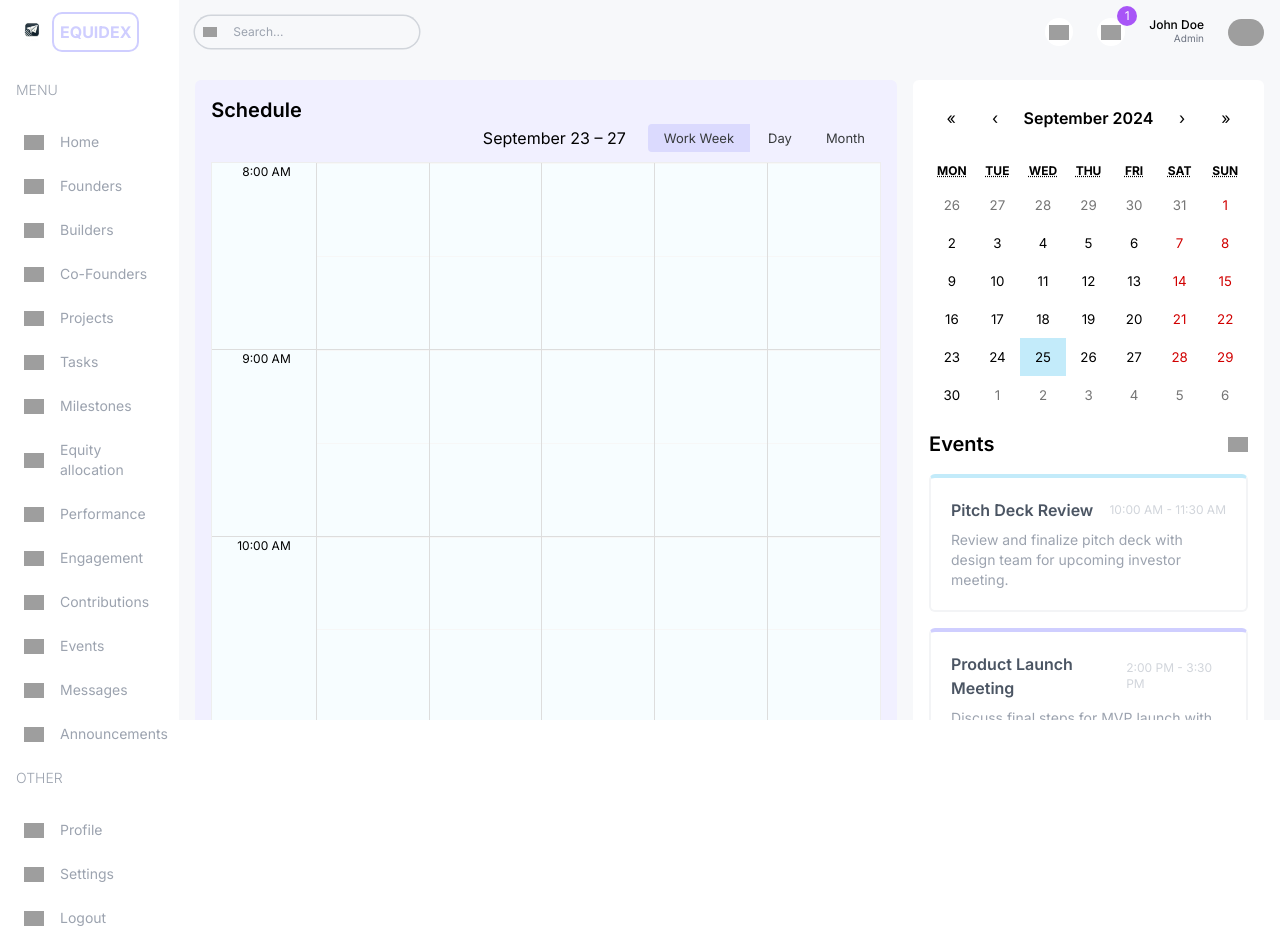
Repository: MikeeBuilds/equidex
Page: /builder
The author's editor kept a copy of each file at every save. The page is drawn from the files as they stood at one save, then again after the next save.
The browser window is 1280 px wide. The pictures show the whole page.
Pictures or frames that could not be fetched are drawn as grey boxes. An inner scrolling area shows only its first screen. The project was rebuilt for these pictures with package versions that can differ from the ones it lists, and the page was loaded fresh each time. The framework's server and built-in components were replaced by stand-ins that run in the browser. Also part of the build but not shown: next.config.mjs.

Above is the page before, as saved 2024-09-25 12:35:33.

### src/app/layout.tsx
import type { Metadata } from "next";
import { Inter } from "next/font/google";
import "./globals.css";

const inter = Inter({ subsets: ["latin"] });

export const metadata: Metadata = {
  title: "Equidex",
  description: "Link with builders & share workload for sweat equity",
};

export default function RootLayout({
  children,
}: Readonly<{
  children: React.ReactNode;
}>) {
  return (
    <html lang="en">
      <body className={inter.className}>

        {children}
      </body>
    </html>
  );
}

### src/app/(dashboard)/layout.tsx
import Menu from "@/components/Menu";
import Navbar from "@/components/Navbar";
import Image from "next/image";
import Link from "next/link";

export default function DashboardLayout({
  children,
}: Readonly<{
  children: React.ReactNode;
}>) {
  return (
    <div className="h-screen flex">
      {/* LEFT */}
      <div className="w-[14%] md:w-[8%] lg:w-[16%] xl:w-[14%] p-4">
        <Link
          href="/"
          className="flex items-center justify-center lg:justify-start gap-2"
        >
          <Image src="/logo.png" alt="logo" width={32} height={32} />
          <span className="hidden lg:block font-bold text-dexPurple outline outline-2 outline-offset-2 outline-dexPurple rounded-md p-1">EQUIDEX</span>
        </Link>
        <Menu />
      </div>
      {/* RIGHT */}
      <div className="w-[86%] md:w-[92%] lg:w-[84%] xl:w-[86%] bg-[#F7F8FA] overflow-scroll flex flex-col">
        <Navbar />
        {children}
      </div>
    </div>
  );
}

### src/app/(dashboard)/builder/page.tsx
import Announcements from "@/components/Announcements";
import BigCalendar from "@/components/BigCalendar";
import EventCalendar from "@/components/EventCalendar";

const BuilderPage = () => {
  return (
    <div className="p-4 flex gap-4 flex-col xl:flex-row">
      {/* LEFT */}
      <div className="w-full xl:w-2/3">
        <div className="h-full bg-dexPurpleLight p-4 rounded-md">
          <h1 className="text-xl font-semibold">Schedule</h1>
          <BigCalendar/>
        </div>
      </div>
      {/* RIGHT */}
      <div className="w-full xl:w-1/3 flex flex-col gap-8">
        <EventCalendar />
        <Announcements />
      </div>
    </div>
  );
};

export default BuilderPage;

### src/app/globals.css
@tailwind base;
@tailwind components;
@tailwind utilities;

.react-calendar {
  width: 100% !important;
  border: none !important;
  font-family: "Inter", sans-serif !important;
}

.react-calendar__navigation__label__labelText {
  font-weight: 600;
}

.react-calendar__tile--active {
  background-color: #c3ebfa !important;
  color: black !important;
}

.rbc-btn-group:first-child {
  display: none !important;
}

.rbc-toolbar-label {
  text-align: right !important;
  padding: 0px 20px !important;
}

.rbc-btn-group:last-child {
  font-size: 13px !important;
}

.rbc-btn-group:last-child button {
  border: none !important;
  background-color: #f1f0ff !important;
  margin-left: 2px !important;
}

.rbc-toolbar button.rbc-active {
  background-color: #dbdafe !important;
  box-shadow: none !important;
}

.rbc-time-view {
  border-color: #eee !important;
}

.rbc-time-header {
  display: none !important;
}

.rbc-time-content {
  border: none !important;
}

.rbc-time-gutter.rbc-time-column {
  font-size: 12px !important;
}

.rbc-time-gutter.rbc-time-column .rbc-timeslot-group {
  padding: 0px 20px !important;
}

.rbc-timeslot-group {
  background-color: #f7fdff !important;
}

.rbc-day-slot {
  font-size: 14px !important;
}

.rbc-event {
  border: none !important;
  color: black !important;
  padding: 10px !important;
  margin: 10px !important;
  width: 99% !important;
}

.event-pitch {
  background-color: #e2f8ff !important;
}
.event-networking {
  background-color: #fefce8 !important;
}
.event-investor {
  background-color: #f2f1ff !important;
}
.event-workshop {
  background-color: #fdf2fb !important;
}
.event-meetup {
  background-color: #e2fff0 !important;
}
.event-funding {
  background-color: #fff2e2 !important;
}
.event-launch {
  background-color: #f2e2ff !important;
}
.event-meeting {
  background-color: #e2f0ff !important;
}
.event-hackathon {
  background-color: #ffe2e2 !important;
}

### src/components/Menu.tsx
import { role } from "@/lib/data";
import Image from "next/image";
import Link from "next/link";

const menuItems = [
  {
    title: "MENU",
    items: [
      {
        icon: "/home.png",
        label: "Home",
        href: "/",
        visible: ["admin", "founder", "builder", "cofounder"],
      },
      {
        icon: "/teacher.png",
        label: "Founders",
        href: "/list/founders",
        visible: ["admin", "founder"],
      },
      {
        icon: "/student.png",
        label: "Builders",
        href: "/list/builders",
        visible: ["admin", "founder"],
      },
      {
        icon: "/parent.png",
        label: "Co-Founders",
        href: "/list/cofounder",
        visible: ["admin", "founder"],
      },
      {
        icon: "/subject.png",
        label: "Projects",
        href: "/list/projects",
        visible: ["admin", "founder", "builder", "cofounder"],
      },
      {
        icon: "/class.png",
        label: "Tasks",
        href: "/list/tasks",
        visible: ["admin", "founder", "builder", "cofounder"],
      },
      {
        icon: "/lesson.png",
        label: "Milestones",
        href: "/list/milestones",
        visible: ["admin", "founder", "cofounder"],
      },
      {
        icon: "/exam.png",
        label: "Equity allocation",
        href: "/list/equity-allocation",
        visible: ["admin", "founder"],
      },
      {
        icon: "/assignment.png",
        label: "Performance",
        href: "/list/performance",
        visible: ["admin", "founder", "cofounder"],
      },
      {
        icon: "/result.png",
        label: "Engagement",
        href: "/list/engagement",
        visible: ["admin", "founder", "builder", "cofounder"],
      },
      {
        icon: "/attendance.png",
        label: "Contributions",
        href: "/list/contributions",
        visible: ["admin", "founder", "builder", "cofounder"],
      },
      {
        icon: "/calendar.png",
        label: "Events",
        href: "/list/events",
        visible: ["admin", "founder", "builder", "cofounder"],
      },
      {
        icon: "/message.png",
        label: "Messages",
        href: "/list/messages",
        visible: ["admin", "founder", "builder", "cofounder"],
      },
      {
        icon: "/announcement.png",
        label: "Announcements",
        href: "/list/announcements",
        visible: ["admin", "founder", "builder", "cofounder"],
      },
    ],
  },
  {
    title: "OTHER",
    items: [
      {
        icon: "/profile.png",
        label: "Profile",
        href: "/profile",
        visible: ["admin", "founder", "builder", "cofounder"],
      },
      {
        icon: "/setting.png",
        label: "Settings",
        href: "/settings",
        visible: ["admin", "founder", "builder", "cofounder"],
      },
      {
        icon: "/logout.png",
        label: "Logout",
        href: "/logout",
        visible: ["admin", "founder", "builder", "cofounder"],
      },
    ],
  },
];

const Menu = () => {
  return (
    <div className="mt-4 text-sm">
      {menuItems.map((i) => (
        <div className="flex flex-col gap-2" key={i.title}>
          <span className="hidden lg:block text-gray-400 font-light my-4">
            {i.title}
          </span>
          {i.items.map((item) => {
            if (item.visible.includes(role)) {
              return (
                <Link
                  className="flex items-center justify-center lg:justify-start gap-4 text-gray-400 hover:text-black py-2 md:px-2 rounded-lg hover:bg-dexSkyLight"
                  href={item.href}
                  key={item.label}
                >
                  <Image src={item.icon} alt="" width={20} height={20} />
                  <span className="hidden lg:block">{item.label}</span>
                </Link>
              );
            }
            return null;
          })}
        </div>
      ))}
    </div>
  );
};

export default Menu;

### src/components/Navbar.tsx
import Image from "next/image";

const Navbar = () => {
  return (
    <div className="flex items-center justify-between p-4">
      {/* SEARCH BAR */}
      <div className="hidden md:flex items-center gap-2 text-xs rounded-full ring-[1.5px] ring-gray-300 px-2">
        <Image src="/search.png" alt="" width={14} height={14} />
        <input
          type="text"
          placeholder="Search..."
          className="w-[200px] p-2 bg-transparent outline-none"
        />
      </div>
      {/* ICONS AND USER */}
      <div className="flex items-center gap-6 justify-end w-full">
        <div className="bg-white rounded-full w-7 h-7 flex items-center justify-center cursor-pointer">
          <Image src="/message.png" alt="" width={20} height={20} />
        </div>
        <div className="bg-white rounded-full w-7 h-7 flex items-center justify-center cursor-pointer relative">
          <Image src="/announcement.png" alt="" width={20} height={20} />
          <div className="absolute -top-3 -right-3 w-5 h-5 flex items-center justify-center bg-purple-500 text-white rounded-full text-xs">
            1
          </div>
        </div>
        <div className="flex flex-col">
          <span className="text-xs leading-3 font-medium">John Doe</span>
          <span className="text-[10px] text-gray-500 text-right">Admin</span>
        </div>
        <Image
          src="/avatar.png"
          alt=""
          width={36}
          height={36}
          className="rounded-full"
        />
      </div>
    </div>
  );
};

export default Navbar;

### src/components/Announcements.tsx
const Announcements = () => {
    return (
      <div className="bg-white p-4 rounded-md">
        <div className="flex items-center justify-between">
          <h1 className="text-xl font-semibold">Announcements</h1>
          <span className="text-xs text-gray-400">View All</span>
        </div>
        <div className="flex flex-col gap-4 mt-4">
          <div className="bg-dexSkyLight rounded-md p-4">
            <div className="flex items-center justify-between">
              <h2 className="font-medium">New Feature: Project Matching Algorithm</h2>
              <span className="text-xs text-gray-400 bg-white rounded-md px-1 py-1">
                2023-09-15
              </span>
            </div>
            <p className="text-sm text-gray-400 mt-1">
              We&apos;ve launched a new AI-powered matching algorithm to help founders find the perfect collaborators for their projects. Check it out in your dashboard!
            </p>
          </div>
          <div className="bg-dexPurpleLight rounded-md p-4">
            <div className="flex items-center justify-between">
              <h2 className="font-medium">Upcoming Webinar: Equity Structuring</h2>
              <span className="text-xs text-gray-400 bg-white rounded-md px-1 py-1">
                2023-09-10
              </span>
            </div>
            <p className="text-sm text-gray-400 mt-1">
              Join us on Sept 20th for a webinar on structuring sweat equity agreements. Learn best practices from experienced founders and legal experts.
            </p>
          </div>
          <div className="bg-dexYellowLight rounded-md p-4">
            <div className="flex items-center justify-between">
              <h2 className="font-medium">Success Story: TechNova Startup</h2>
              <span className="text-xs text-gray-400 bg-white rounded-md px-1 py-1">
                2023-09-05
              </span>
            </div>
            <p className="text-sm text-gray-400 mt-1">
              TechNova, formed through our platform, just secured $2M in seed funding! Read about how they built their team and product using sweat equity.
            </p>
          </div>
        </div>
      </div>
    );
  };

  export default Announcements;

### src/components/BigCalendar.tsx
"use client";

import { Calendar, momentLocalizer, View, Views } from "react-big-calendar";
import moment from "moment";
import { calendarEvents } from "@/lib/data";
import "react-big-calendar/lib/css/react-big-calendar.css";
import { useState } from "react";

const localizer = momentLocalizer(moment);

const BigCalendar = () => {
  const [view, setView] = useState<View>(Views.WORK_WEEK);

  const handleOnChangeView = (selectedView: View) => {
    setView(selectedView);
  };

  const eventStyleGetter = (event: any) => {
    const colorClass = `event-${event.colorClass.toLowerCase()}`;
    return {
      className: colorClass
    };
  };

  return (
    <Calendar
      localizer={localizer}
      events={calendarEvents}
      startAccessor="start"
      endAccessor="end"
      views={["work_week", "day", "month"]}
      view={view}
      style={{ height: "98%" }}
      onView={handleOnChangeView}
      min={new Date(2024, 0, 1, 8, 0, 0)} // January 1, 2024, 8:00 AM
      max={new Date(2025, 11, 31, 17, 0, 0)} // December 31, 2025, 5:00 PM
      eventPropGetter={eventStyleGetter}
    />
  );
};

export default BigCalendar;

### src/components/EventCalendar.tsx
"use client";

import Image from "next/image";
import { useState } from "react";
import Calendar from "react-calendar";
import "react-calendar/dist/Calendar.css";

type ValuePiece = Date | null;

type Value = ValuePiece | [ValuePiece, ValuePiece];

// TEMPORARY
const events = [
  {
    id: 1,
    title: "Pitch Deck Review",
    time: "10:00 AM - 11:30 AM",
    description: "Review and finalize pitch deck with design team for upcoming investor meeting.",
  },
  {
    id: 2,
    title: "Product Launch Meeting",
    time: "2:00 PM - 3:30 PM",
    description: "Discuss final steps for MVP launch with development and marketing teams.",
  },
  {
    id: 3,
    title: "Equity Distribution Call",
    time: "4:00 PM - 5:00 PM",
    description: "Monthly call to review completed tasks and allocate sweat equity to contributors.",
  },
  {
    id: 4,
    title: "Investor Pitch Deadline",
    time: "11:59 PM",
    description: "Final deadline to submit pitch materials for seed funding round.",
  },
  {
    id: 5,
    title: "UI/UX Feedback Session",
    time: "1:00 PM - 2:30 PM",
    description: "Gather feedback from beta users on new interface design with UX specialist.",
  },
];

const EventCalendar = () => {
  const [value, onChange] = useState<Value>(new Date());

  return (
    <div className="bg-white p-4 rounded-md">
      <Calendar onChange={onChange} value={value} />
      <div className="flex items-center justify-between">
        <h1 className="text-xl font-semibold my-4">Events</h1>
        <Image src="/moreDark.png" alt="" width={20} height={20} />
      </div>
      <div className="flex flex-col gap-4">
        {events.map((event) => (
          <div
            className="p-5 rounded-md border-2 border-gray-100 border-t-4 odd:border-t-dexSky even:border-t-dexPurple"
            key={event.id}
          >
            <div className="flex items-center justify-between">
              <h1 className="font-semibold text-gray-600">{event.title}</h1>
              <span className="text-gray-300 text-xs">{event.time}</span>
            </div>
            <p className="mt-2 text-gray-400 text-sm">{event.description}</p>
          </div>
        ))}
      </div>
    </div>
  );
};

export default EventCalendar;

### tailwind.config.ts
import type { Config } from "tailwindcss";

const config: Config = {
  content: [
    "./src/pages/**/*.{js,ts,jsx,tsx,mdx}",
    "./src/components/**/*.{js,ts,jsx,tsx,mdx}",
    "./src/app/**/*.{js,ts,jsx,tsx,mdx}",
  ],
  theme: {
    extend: {
      backgroundImage: {
        "gradient-radial": "radial-gradient(var(--tw-gradient-stops))",
        "gradient-conic":
          "conic-gradient(from 180deg at 50% 50%, var(--tw-gradient-stops))",
      },
      colors: {
        dexSky: "#C3EBFA",
        dexSkyLight: "#EDF9FD",
        dexPurple: "#CFCEFF",
        dexPurpleLight: "#F1F0FF",
        dexYellow: "#FAE27C",
        dexYellowLight: "#FEFCE8",
      },
    },
  },
  plugins: [],
};
export default config;

Loaded but not shown: src/lib/data.ts (446 lines, source omitted)

After the next save:
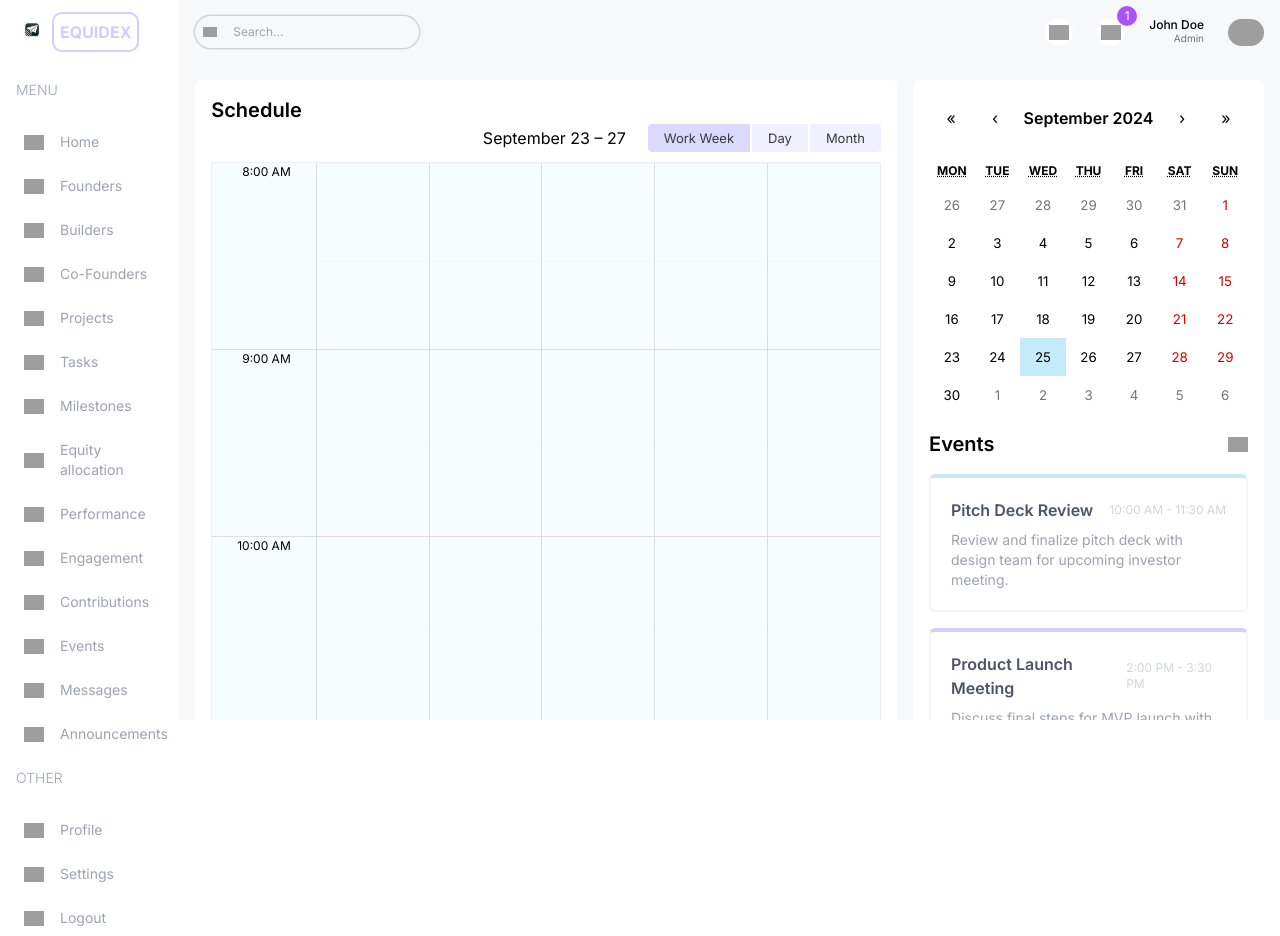
Saved 50 s later.
--- a/src/app/(dashboard)/builder/page.tsx
+++ b/src/app/(dashboard)/builder/page.tsx
@@ -7,7 +7,7 @@ const BuilderPage = () => {
     <div className="p-4 flex gap-4 flex-col xl:flex-row">
       {/* LEFT */}
       <div className="w-full xl:w-2/3">
-        <div className="h-full bg-dexPurpleLight p-4 rounded-md">
+        <div className="h-full bg-white p-4 rounded-md">
           <h1 className="text-xl font-semibold">Schedule</h1>
           <BigCalendar/>
         </div>
